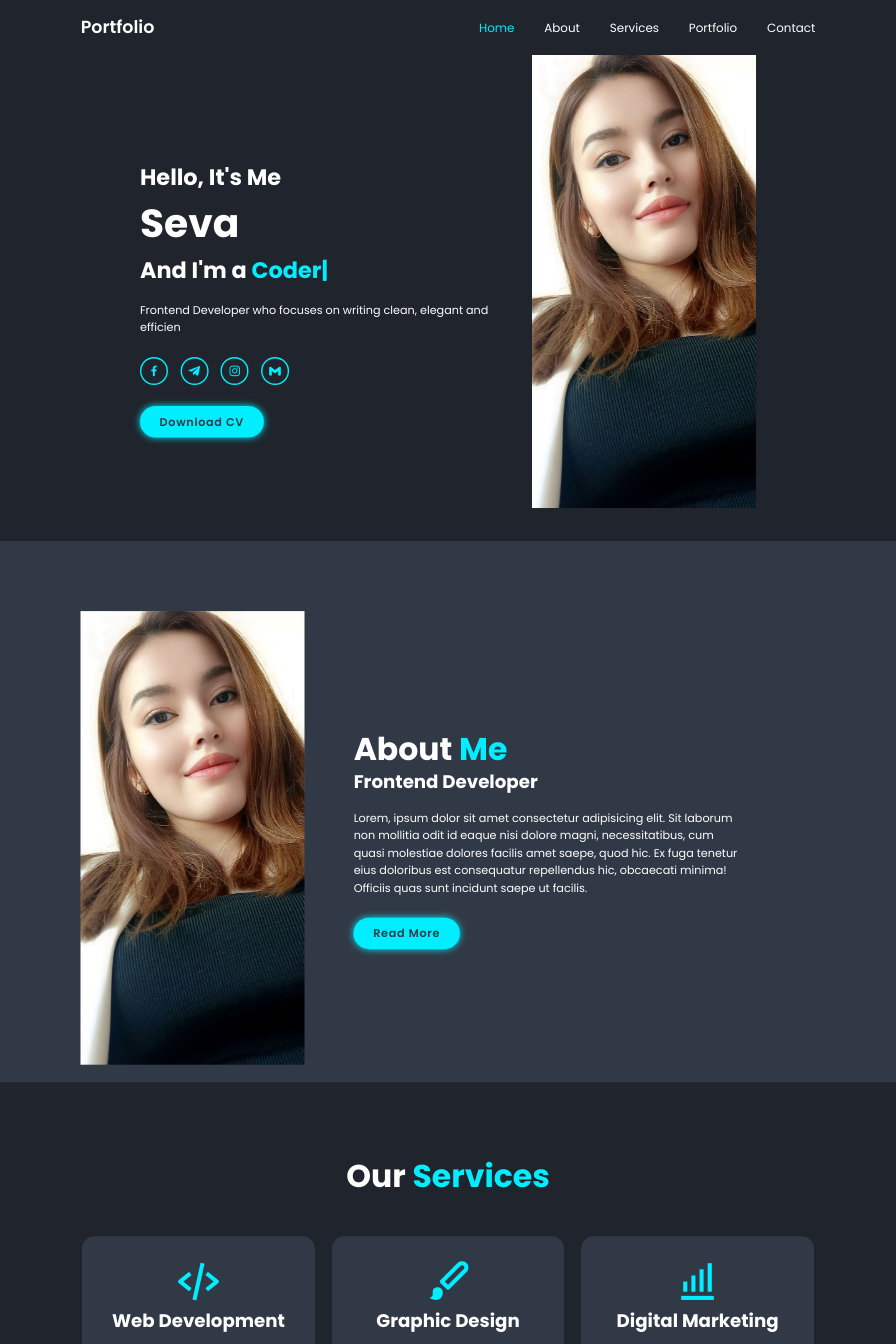
Repository: Seva2705/portfolio
Page: index.html
These files come from the project's save history. The page is drawn as it stood at one moment and after a run of saves; the edit follows.
The browser window is 1280 px wide. The pictures show the part of the page from y = 0 to 1920 px (the page is 3816 px tall), at 70% of full size.
A picture or video elsewhere on the page could not be fetched, so the positions and the page height are approximate.

Above is the page before, as saved 2023-10-21 00:11:02.

After the next 2 saves:
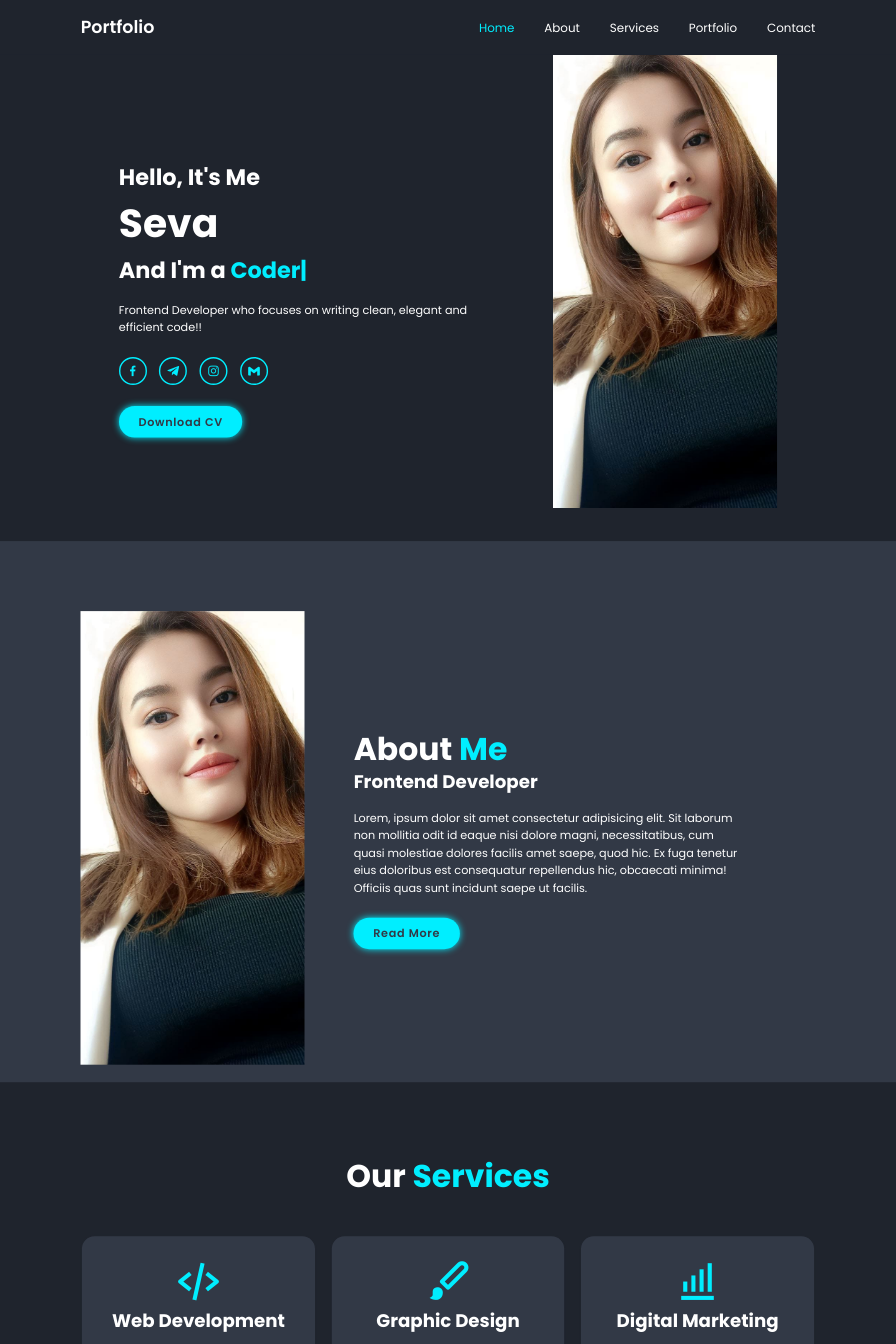
The 2 saves are shown as one change because they came seconds apart.
The last was saved 7 s later.
--- a/index.html
+++ b/index.html
@@ -32,7 +32,7 @@
             <h3>Hello, It's Me</h3>
             <h1>Seva</h1>
             <h3>And I'm a <span class="multiple-text"></span></h3>
-            <p class="description">Frontend Developer who focuses on writing clean, elegant and efficien</p>
+            <p class="description">Frontend Developer who focuses on writing clean, elegant and efficient code!!</p>
             <div class="social-media">
                 <a href="https://www.facebook.com/profile.php?id=100076166348458"><i class='bx bxl-facebook'></i></a>
                 <a href="https://t.me/Seva_2705"><i class='bx bxl-telegram'></i></a>
